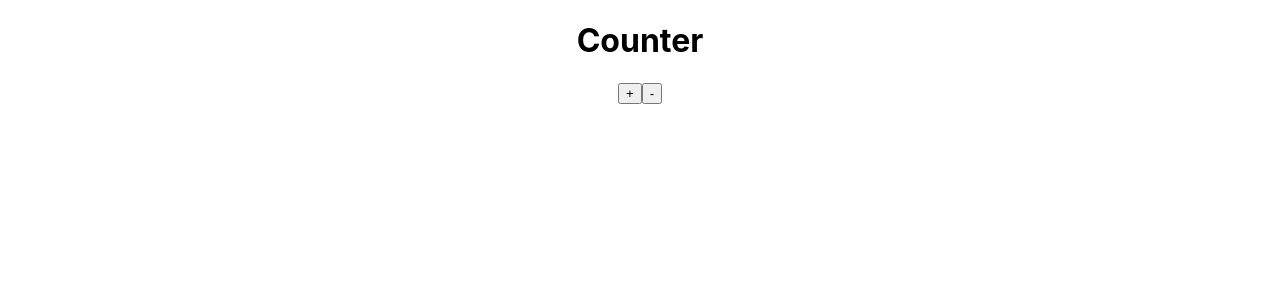
Repository: vsangavi/Redux-Counter
Page: /
An editor plug-in stored every save of this project. The page is shown before and after a run of saves, followed by the edit.
The browser window is 1280 px wide. The pictures show the whole page.
The project was rebuilt for these pictures with package versions that can differ from the ones it lists, and the page was loaded fresh each time.

Above is the page before, as saved 2020-10-02 16:39:39.

### src/App.js
import React from "react";
import Counter from "./Counter";
import "./App.css";

function App() {
  return (
    <div className="App">
      <Counter />
    </div>
  );
}

export default App;

### src/Counter.js
import React, { Component } from "react";

class Counter extends Component {
  constructor(props) {
    super();
    this.state = {
      count: 0,
    };
  }
  render() {
    const Increment = () => {
      this.setState({
        count: this.state.count + 1,
      });
    };
    const Decrement = () => {
      this.setState({
        count: this.state.count - 1,
      });
    };
    return (
      <div>
        <h1>Counter</h1>
        <div>
          <button onClick={Increment}>+</button>
          <button onClick={Decrement}>-</button>
        </div>
      </div>
    );
  }
}
export default Counter;

Loaded but not shown: public/index.html (common file); src/index.js (common file); src/index.css (common file); src/serviceWorker.js (common file); src/App.css (common file)

After the next 8 saves:
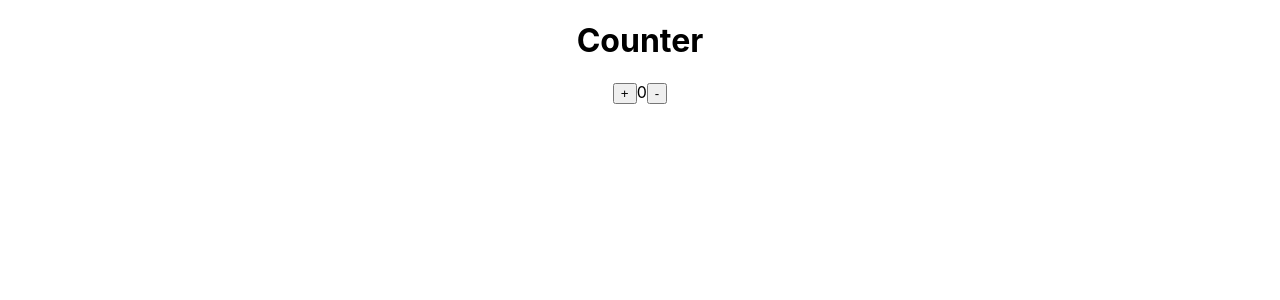
The 8 saves are shown as one change because 1 did not build or start and some came seconds apart.
The last was saved 24 s later.
--- a/src/Counter.js
+++ b/src/Counter.js
@@ -23,6 +23,7 @@ class Counter extends Component {
         <h1>Counter</h1>
         <div>
           <button onClick={Increment}>+</button>
+          {this.state.count}
           <button onClick={Decrement}>-</button>
         </div>
       </div>
